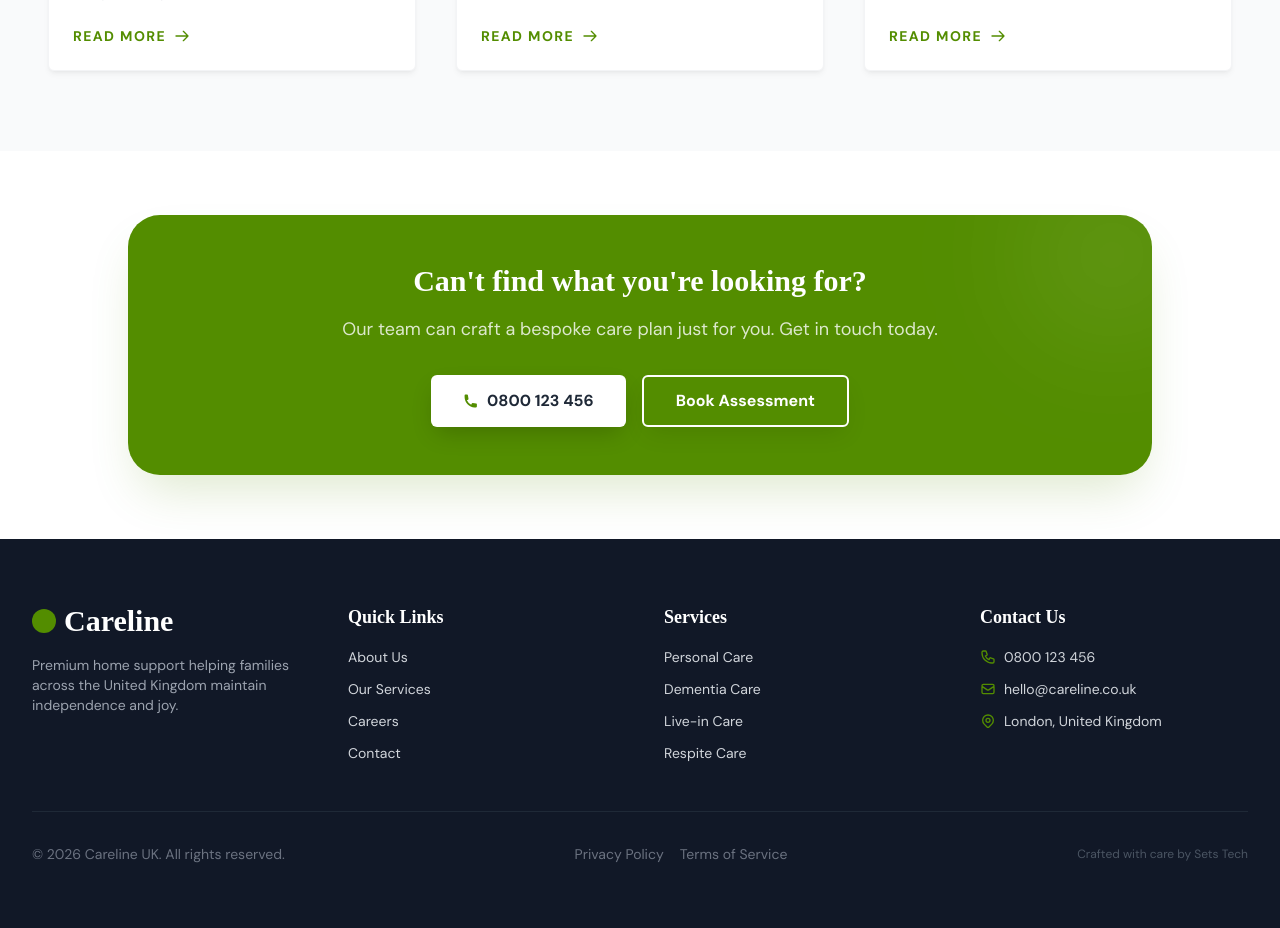
Repository: Iqbalhossen07/care
Page: http://localhost/blogs.php
The author's editor kept a copy of each file at every save. The page is drawn from the files as they stood at one save, then again after the next save.
The browser window is 1280 px wide. The pictures show the part of the page from y = 933 to 1885 px (the page is 1861 px tall before and 1885 px after).
Some web fonts or font styles are not loaded; a fallback is used. Some web libraries are served in a nearby version. The page is run by PHP 8.4 with error messages shown; the project is at /var/www/html/.

Above is the page before, as saved 2026-02-28 05:42:43.

### blogs.php
<?php include('head.php') ?>

<body class="font-body text-gray-600 antialiased bg-white">
    <?php include('header.php') ?>

    <section class="relative h-[250px] flex items-center overflow-hidden bg-darkText">
        <div class="absolute inset-0 z-0">
            <img src="https://images.unsplash.com/photo-1499750310107-5fef28a66643?auto=format&fit=crop&w=1500&q=80"
                class="w-full h-full object-cover opacity-30" alt="Careline Blog">
            <div class="absolute inset-0 bg-gradient-to-r from-darkText via-darkText/90 to-transparent"></div>
        </div>

        <div class="max-w-7xl mx-auto px-6 lg:px-12 relative z-10 w-full">
            <nav class="flex mb-4 text-sm font-medium">
                <ol class="inline-flex items-center space-x-2">
                    <li><a href="index.php" class="text-gray-400 hover:text-brand transition-colors">Home</a></li>
                    <li class="text-gray-600">/</li>
                    <li class="text-brand font-bold uppercase tracking-widest text-[11px] md:text-sm">Blogs & News</li>
                </ol>
            </nav>
            <h1 class="font-heading text-4xl md:text-5xl font-bold text-white mb-2 tracking-tight">Expert Care Insights
            </h1>
            <p class="text-gray-300 text-lg max-w-2xl">Read our latest articles about health, home care, and wellbeing.
            </p>
        </div>
    </section>

    <section class="py-20 bg-lightBg">
        <div class="max-w-7xl mx-auto px-6 lg:px-12">

            <div class="mb-12 flex flex-wrap items-center justify-between gap-6">
                <div class="flex flex-wrap gap-3" id="blog-filters">
                    <button data-filter="all"
                        class="filter-btn active px-6 py-2.5 rounded-full text-sm font-bold transition-all border border-brand bg-brand text-white shadow-lg shadow-brand/20">All
                        Posts</button>
                    <button data-filter="health"
                        class="filter-btn px-6 py-2.5 rounded-full text-sm font-bold transition-all border border-gray-200 bg-white text-darkText hover:border-brand/50 shadow-sm">Health
                        Tips</button>
                    <button data-filter="lifestyle"
                        class="filter-btn px-6 py-2.5 rounded-full text-sm font-bold transition-all border border-gray-200 bg-white text-darkText hover:border-brand/50 shadow-sm">Lifestyle</button>
                    <button data-filter="company"
                        class="filter-btn px-6 py-2.5 rounded-full text-sm font-bold transition-all border border-gray-200 bg-white text-darkText hover:border-brand/50 shadow-sm">Company
                        News</button>
                </div>

                <p class="text-sm font-medium text-gray-400 uppercase tracking-widest">Showing <span id="post-count"
                        class="text-brand">6</span> Articles</p>
            </div>

            <div class="grid grid-cols-1 md:grid-cols-2 lg:grid-cols-3 gap-8 md:gap-10" id="blog-container">

                <article
                    class="blog-card group bg-white rounded-md border border-gray-100 shadow-md shadow-black/5 hover:shadow-xl hover:shadow-black/10 transition-all duration-300 flex flex-col overflow-hidden"
                    data-category="health">
                    <div
                        class="relative h-60 overflow-hidden border-[6px] border-white ring-1 ring-black/5 m-1 rounded-sm">
                        <img src="https://images.unsplash.com/photo-1571019613454-1cb2f99b2d8b?auto=format&fit=crop&w=800&q=80"
                            class="w-full h-full object-cover transition-transform duration-700 group-hover:scale-110">
                        <span
                            class="absolute top-4 left-4 bg-brand text-white text-[10px] font-bold px-3 py-1 rounded-sm uppercase tracking-tighter">Health</span>
                    </div>
                    <div class="p-6 flex flex-col flex-1">
                        <div
                            class="flex items-center gap-4 mb-4 text-[11px] font-bold text-gray-400 uppercase tracking-widest">
                            <span>Feb 28, 2026</span>
                            <span class="w-1.5 h-1.5 rounded-full bg-brand"></span>
                            <span>5 Min Read</span>
                        </div>
                        <h3
                            class="font-heading text-xl font-bold text-darkText mb-3 group-hover:text-brand transition-colors line-clamp-2 uppercase tracking-tight">
                            How to Maintain Mental Wellbeing in Old Age</h3>
                        <p class="text-gray-500 text-sm mb-6 line-clamp-3">Mental health is just as important as
                            physical health, especially for seniors living independently...</p>

                        <a href="blog-details.php"
                            class="mt-auto self-start inline-flex items-center text-sm font-bold text-brand uppercase tracking-widest group/link">
                            Read More
                            <svg class="ml-2 w-4 h-4 transform group-hover/link:translate-x-2 transition-transform duration-300"
                                fill="none" stroke="currentColor" viewBox="0 0 24 24">
                                <path stroke-linecap="round" stroke-linejoin="round" stroke-width="2"
                                    d="M14 5l7 7m0 0l-7 7m7-7H3" />
                            </svg>
                        </a>
                    </div>
                </article>

                <article
                    class="blog-card group bg-white rounded-md border border-gray-100 shadow-md shadow-black/5 hover:shadow-xl hover:shadow-black/10 transition-all duration-300 flex flex-col overflow-hidden"
                    data-category="lifestyle">
                    <div
                        class="relative h-60 overflow-hidden border-[6px] border-white ring-1 ring-black/5 m-1 rounded-sm">
                        <img src="https://images.unsplash.com/photo-1516733725897-1aa73b87c8e8?auto=format&fit=crop&w=800&q=80"
                            class="w-full h-full object-cover transition-transform duration-700 group-hover:scale-110">
                        <span
                            class="absolute top-4 left-4 bg-brand text-white text-[10px] font-bold px-3 py-1 rounded-sm uppercase tracking-tighter">Lifestyle</span>
                    </div>
                    <div class="p-6 flex flex-col flex-1">
                        <div
                            class="flex items-center gap-4 mb-4 text-[11px] font-bold text-gray-400 uppercase tracking-widest">
                            <span>Feb 25, 2026</span>
                            <span class="w-1.5 h-1.5 rounded-full bg-brand"></span>
                            <span>3 Min Read</span>
                        </div>
                        <h3
                            class="font-heading text-xl font-bold text-darkText mb-3 group-hover:text-brand transition-colors line-clamp-2 uppercase tracking-tight">
                            Top 5 Nutritious Meals for Home Care</h3>
                        <p class="text-gray-500 text-sm mb-6 line-clamp-3">Eating well is the foundation of health.
                            Discover easy, nutritious recipes for daily care...</p>

                        <a href="blog-details.php"
                            class="mt-auto self-start inline-flex items-center text-sm font-bold text-brand uppercase tracking-widest group/link">
                            Read More
                            <svg class="ml-2 w-4 h-4 transform group-hover/link:translate-x-2 transition-transform duration-300"
                                fill="none" stroke="currentColor" viewBox="0 0 24 24">
                                <path stroke-linecap="round" stroke-linejoin="round" stroke-width="2"
                                    d="M14 5l7 7m0 0l-7 7m7-7H3" />
                            </svg>
                        </a>
                    </div>
                </article>

                <article
                    class="blog-card group bg-white rounded-md border border-gray-100 shadow-md shadow-black/5 hover:shadow-xl hover:shadow-black/10 transition-all duration-300 flex flex-col overflow-hidden"
                    data-category="company">
                    <div
                        class="relative h-60 overflow-hidden border-[6px] border-white ring-1 ring-black/5 m-1 rounded-sm">
                        <img src="https://images.unsplash.com/photo-1582213782179-e0d53f98f2ca?auto=format&fit=crop&w=800&q=80"
                            class="w-full h-full object-cover transition-transform duration-700 group-hover:scale-110">
                        <span
                            class="absolute top-4 left-4 bg-brand text-white text-[10px] font-bold px-3 py-1 rounded-sm uppercase tracking-tighter">Company</span>
                    </div>
                    <div class="p-6 flex flex-col flex-1">
                        <div
                            class="flex items-center gap-4 mb-4 text-[11px] font-bold text-gray-400 uppercase tracking-widest">
                            <span>Feb 20, 2026</span>
                            <span class="w-1.5 h-1.5 rounded-full bg-brand"></span>
                            <span>4 Min Read</span>
                        </div>
                        <h3
                            class="font-heading text-xl font-bold text-darkText mb-3 group-hover:text-brand transition-colors line-clamp-2 uppercase tracking-tight">
                            Careline Awarded Best Home Care Provider 2026</h3>
                        <p class="text-gray-500 text-sm mb-6 line-clamp-3">We are proud to announce our recent award for
                            excellence in compassionate care services...</p>

                        <a href="blog-details.php"
                            class="mt-auto self-start inline-flex items-center text-sm font-bold text-brand uppercase tracking-widest group/link">
                            Read More
                            <svg class="ml-2 w-4 h-4 transform group-hover/link:translate-x-2 transition-transform duration-300"
                                fill="none" stroke="currentColor" viewBox="0 0 24 24">
                                <path stroke-linecap="round" stroke-linejoin="round" stroke-width="2"
                                    d="M14 5l7 7m0 0l-7 7m7-7H3" />
                            </svg>
                        </a>
                    </div>
                </article>

            </div>
        </div>
    </section>

    <?php include('cta.php') ?>

    <?php include('footer.php') ?>

    <script>
    // JS Filter Logic
    </script>
</body>

</html>

### head.php
<!DOCTYPE html>
<html lang="en" class="scroll-smooth">

<head>
    <meta charset="UTF-8">
    <meta name="viewport" content="width=device-width, initial-scale=1.0">
    <title>Careline | Premium UK Home Support</title>
    <link
        href="https://fonts.googleapis.com/css2?family=DM+Sans:wght@400;500;700&family=PT+Serif:ital,wght@0,400;0,700;1,400&display=swap"
        rel="stylesheet">
    <script src="https://cdn.tailwindcss.com"></script>
    <script>
    tailwind.config = {
        theme: {
            extend: {
                colors: {
                    brand: '#538d00',
                    brandDark: '#7ab81f',
                    darkText: '#1f2937',
                    lightBg: '#f9fafb'
                },
                fontFamily: {
                    heading: ['"PT Serif"', 'serif'],
                    body: ['"DM Sans"', 'sans-serif'],
                }
            }
        }
    }
    </script>

    <link rel="stylesheet" href="style.css?v=<?= time(); ?>">
</head>

### header.php
 <header class="bg-white/95 backdrop-blur-sm border-b border-gray-100 sticky top-0 z-50">
     <div class="max-w-7xl mx-auto px-4 sm:px-6 lg:px-8">
         <div class="flex justify-between items-center h-20">
             <a href="#" class="font-heading font-bold text-3xl text-darkText flex items-center gap-2">
                 <span class="w-8 h-8 rounded-full bg-brand inline-block shadow-md"></span>
                 Careline
             </a>

             <nav class="hidden md:flex space-x-8 items-center">
                 <a href="index.php" class="text-gray-700 hover:text-brand font-medium transition-colors">Home</a>
                 <a href="#about" class="text-gray-700 hover:text-brand font-medium transition-colors">About Us</a>
                 <a href="services.php"
                     class="text-gray-700 hover:text-brand font-medium transition-colors">Services</a>
                 <a href="careers.php" class="text-gray-700 hover:text-brand font-medium transition-colors">Careers</a>
                 <a href="blogs.php" class="text-gray-700 hover:text-brand font-medium transition-colors">Blogs</a>
                 <a href="#contact"
                     class="bg-brand text-white px-6 py-2.5 rounded-md font-bold hover:bg-brandDark shadow-md shadow-black/20 hover:shadow-lg hover:shadow-black/30 transition-all duration-300 transform hover:-translate-y-1">
                     Get Support
                 </a>
             </nav>

             <div class="md:hidden flex items-center">
                 <button id="mobile-menu-btn" class="text-gray-700 hover:text-brand focus:outline-none p-2">
                     <svg class="h-7 w-7" fill="none" viewBox="0 0 24 24" stroke="currentColor">
                         <path id="menu-icon" stroke-linecap="round" stroke-linejoin="round" stroke-width="2"
                             d="M4 6h16M4 12h16M4 18h16" />
                     </svg>
                 </button>
             </div>
         </div>
     </div>

     <div id="mobile-menu" class="hidden md:hidden bg-white border-t border-gray-100 absolute w-full shadow-xl">
         <div class="px-4 pt-2 pb-6 space-y-2">
             <a href="index.php"
                 class="block px-3 py-3 text-base font-medium text-gray-700 hover:text-brand hover:bg-lightBg rounded-lg">Home</a>
             <a href="#about"
                 class="block px-3 py-3 text-base font-medium text-gray-700 hover:text-brand hover:bg-lightBg rounded-lg">About
                 Us</a>
             <a href="services.php"
                 class="block px-3 py-3 text-base font-medium text-gray-700 hover:text-brand hover:bg-lightBg rounded-lg">Services</a>
             <a href="careers.php"
                 class="block px-3 py-3 text-base font-medium text-gray-700 hover:text-brand hover:bg-lightBg rounded-lg">
                 Careers</a>
             <a href="blogs.php"
                 class="block px-3 py-3 text-base font-medium text-gray-700 hover:text-brand hover:bg-lightBg rounded-lg">
                 Blogs</a>
             <a href="#contact"
                 class="block px-3 py-2 text-base font-bold text-white bg-brand text-center rounded-lg mt-4 shadow-md shadow-black/20 hover:shadow-lg hover:shadow-black/30 transition-all duration-300 transform hover:-translate-y-1">Get
                 Support</a>
         </div>
     </div>
 </header>

### cta.php
 <section class="py-16 bg-white px-6">
        <div
            class="max-w-5xl mx-auto bg-brand p-8 md:p-12 rounded-[2rem] shadow-2xl shadow-brand/20 relative overflow-hidden">

            <div class="absolute -top-10 -right-10 w-40 h-40 bg-white/10 rounded-full blur-3xl"></div>

            <div class="max-w-2xl mx-auto text-center relative z-10">
                <h2 class="font-heading text-2xl md:text-3xl font-bold text-white mb-4">
                    Can't find what you're looking for?
                </h2>
                <p class="text-white/80 text-base md:text-lg mb-8">
                    Our team can craft a bespoke care plan just for you. Get in touch today.
                </p>

                <div class="flex flex-row justify-center gap-3 md:gap-4">
                    <a href="tel:0800123456"
                        class="flex-1 sm:flex-none bg-white text-darkText px-4 sm:px-8 py-3 rounded-md font-bold text-xs sm:text-base hover:bg-gray-50 transition-all shadow-[0_10px_25px_-5px_rgba(0,0,0,0.2)] hover:shadow-[0_15px_30px_-5px_rgba(0,0,0,0.3)] transform hover:-translate-y-1 duration-300 flex items-center justify-center gap-2">
                        <svg class="w-3 h-3 sm:w-4 sm:h-4 text-brand" fill="currentColor" viewBox="0 0 20 20">
                            <path
                                d="M2 3a1 1 0 011-1h2.153a1 1 0 01.986.836l.74 4.435a1 1 0 01-.54 1.06l-1.548.773a11.037 11.037 0 005.454 5.454l.774-1.548a1 1 0 011.06-.54l4.435.74a1 1 0 01.836.986V17a1 1 0 01-1 1h-2C7.82 18 2 12.18 2 5V3z">
                            </path>
                        </svg>
                        <span class="whitespace-nowrap">0800 123 456</span>
                    </a>

                    <a href="contact.php"
                        class="flex-1 sm:flex-none border-2 border-white text-white px-4 sm:px-8 py-3 rounded-md font-bold text-xs sm:text-base hover:bg-white hover:text-brand transition-all shadow-[0_10px_25px_-5px_rgba(0,0,0,0.1)] hover:shadow-[0_15px_30px_-5px_rgba(0,0,0,0.2)] transform hover:-translate-y-1 duration-300 flex items-center justify-center">
                        <span class="whitespace-nowrap">Book Assessment</span>
                    </a>
                </div>
            </div>
        </div>
    </section>

### style.css
@keyframes scroll-left {
  0% {
    transform: translateX(0);
  }

  100% {
    transform: translateX(-50%);
  }
}

.animate-marquee {
  display: flex;
  width: max-content;
  animation: scroll-left 60s linear infinite;
}

.animate-marquee:hover {
  animation-play-state: paused;
  /* Pause on hover so users can read */
}

.description {
  display: -webkit-box;
  -webkit-line-clamp: 2; /* কয় লাইন দেখাবে */
  -webkit-box-orient: vertical;
  overflow: hidden; /* এটি না থাকলে বাকি লেখাগুলো নিচে দেখা যাবে */
}

Loaded but not shown: footer.php (66 lines, source omitted)

After the next save:
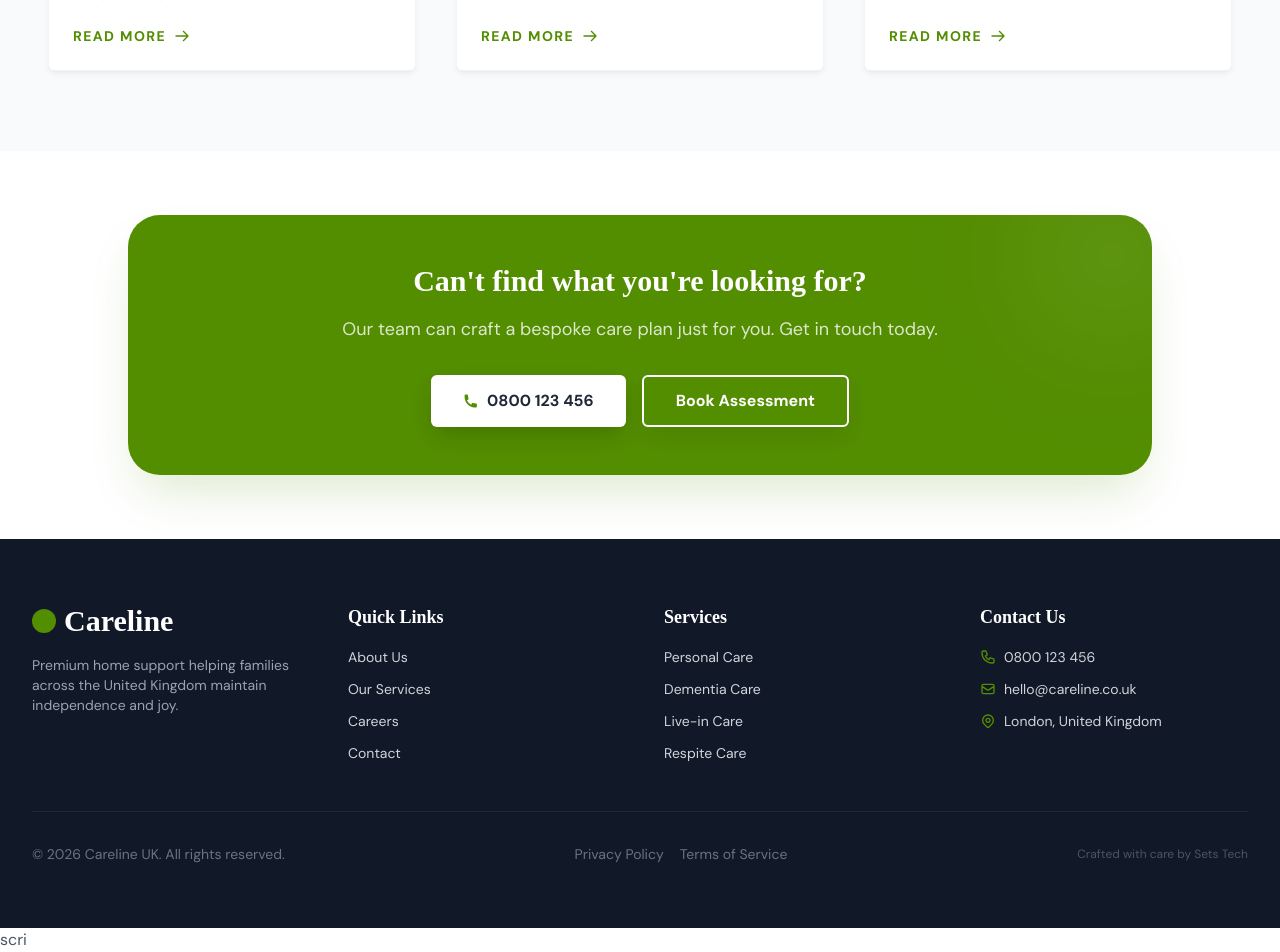
Saved 5 s later.
--- a/blogs.php
+++ b/blogs.php
@@ -162,9 +162,7 @@
 
     <?php include('footer.php') ?>
 
-    <script>
-    // JS Filter Logic
-    </script>
+    scri
 </body>
 
 </html>

After the save that followed:
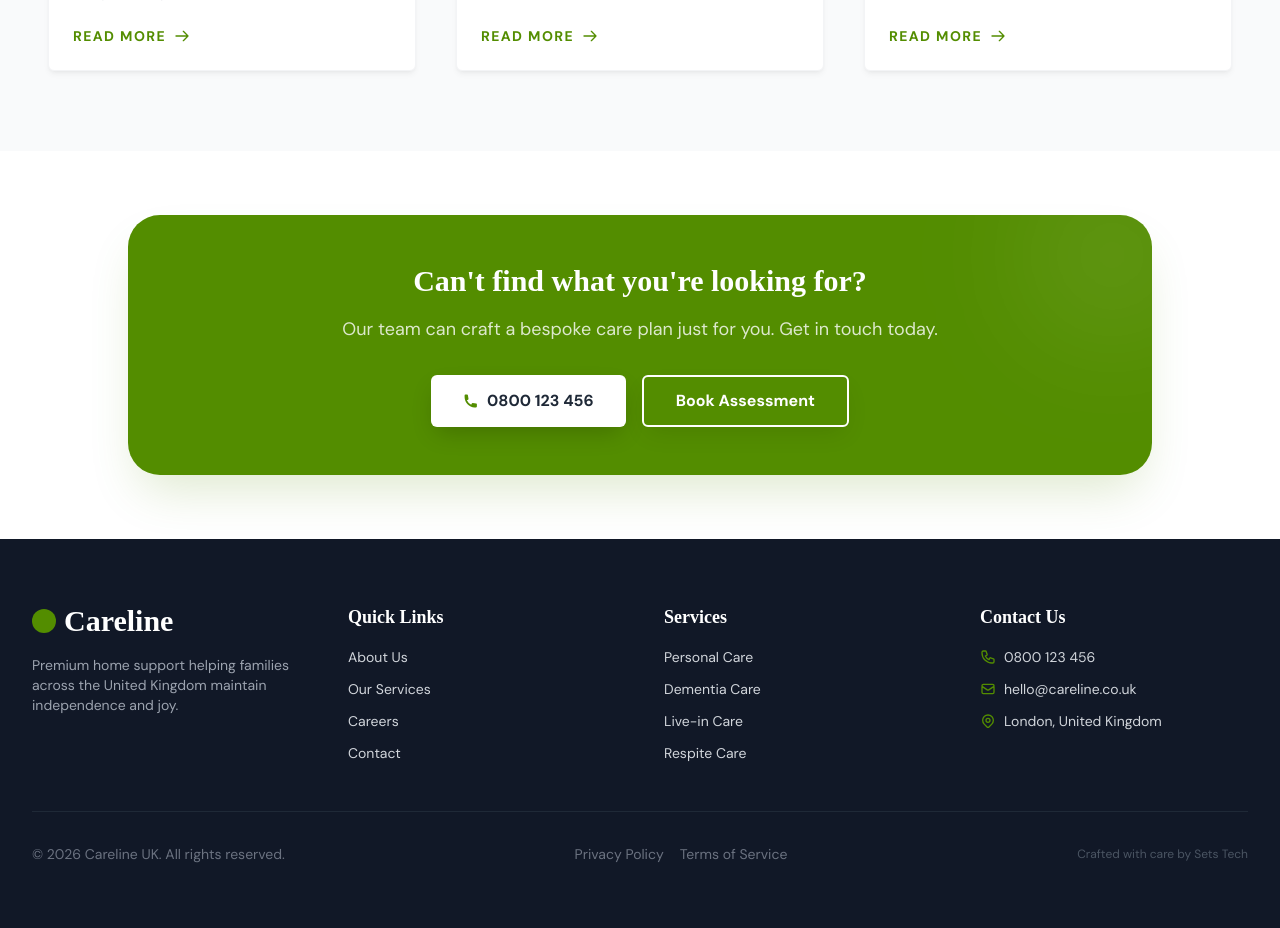
Saved 5 s later.
--- a/blogs.php
+++ b/blogs.php
@@ -162,7 +162,7 @@
 
     <?php include('footer.php') ?>
 
-    scri
+    <script type="module" src=""></script>
 </body>
 
 </html>
